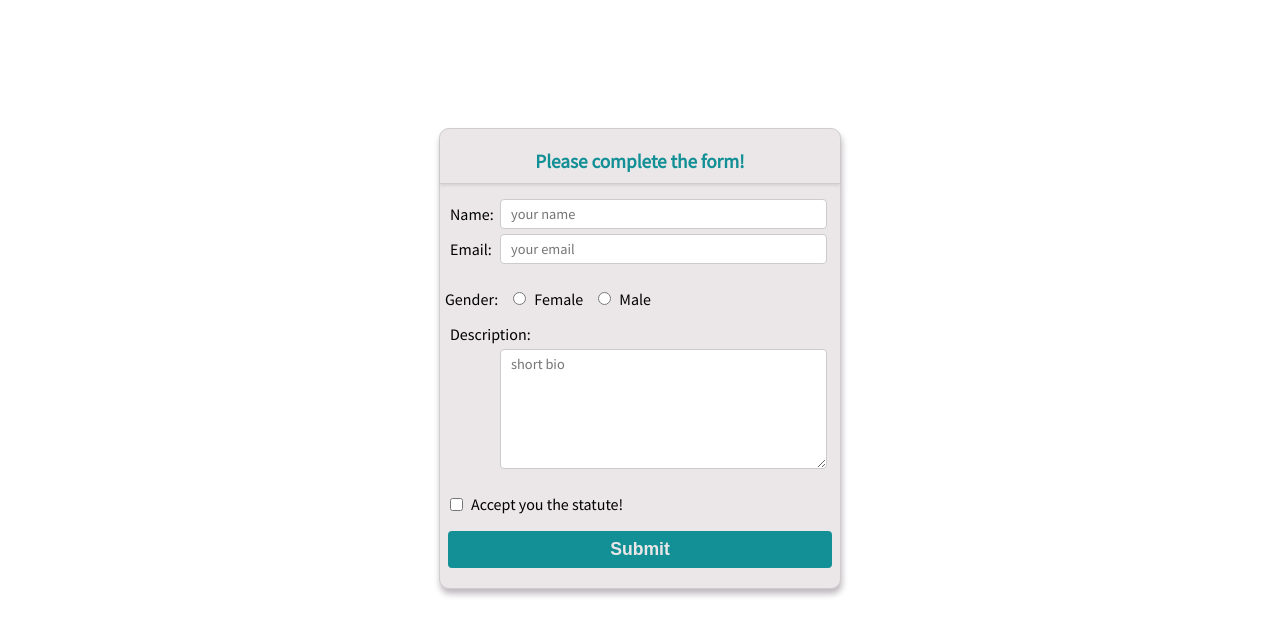
Repository: KrzysKolo/sr_tydzien4_zad2
Page: /
These files come from the project's save history. The page is drawn as it stood at one moment and after the next save; the edit follows.
The browser window is 1280 px wide. The pictures show the whole page.
The project was rebuilt for these pictures with package versions that can differ from the ones it lists, and the page was loaded fresh each time. Also part of the build but not shown: src/components/formComponents/ErrorMessage.js, src/components/formComponents/Message.js.

Above is the page before, as saved 2020-11-28 00:44:46.

After the next save:
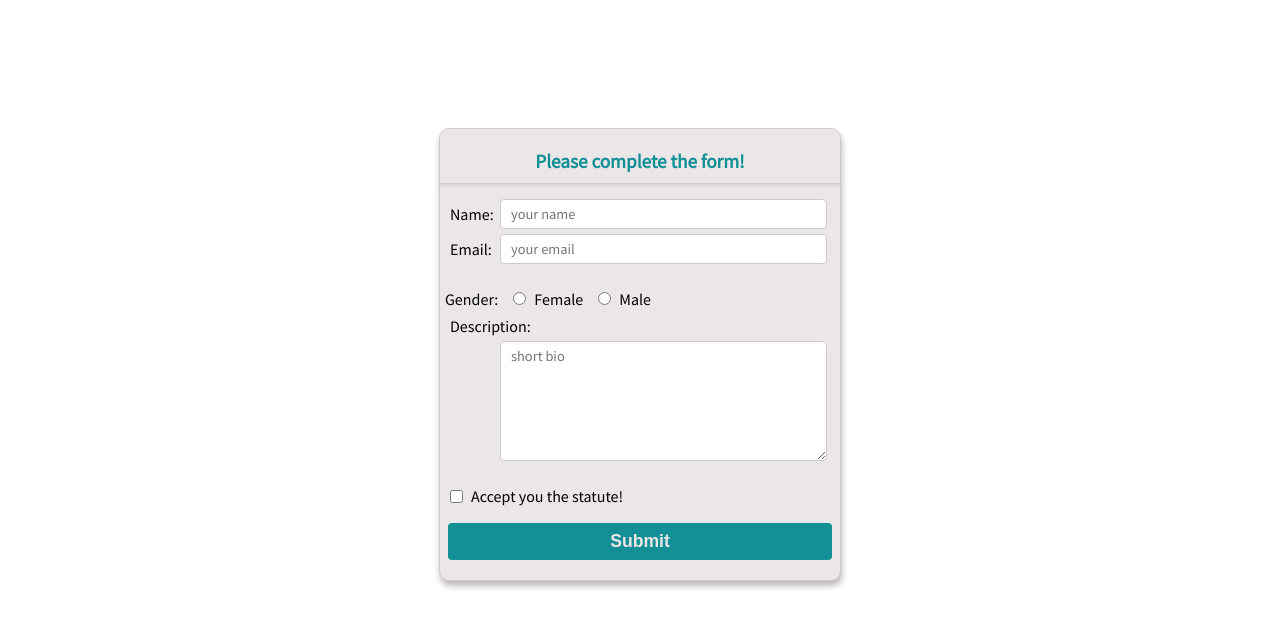
Saved 103 s later.
--- a/src/components/formComponents/Radio.js
+++ b/src/components/formComponents/Radio.js
@@ -6,6 +6,7 @@ const RadioDiv = styled.div`
     display: flex;
     flex-direction: row;
     align-items: center;
+    margin-bottom: -8px;
     margin-top: 5%;
 `;
 const RadioLabel = styled.label`
